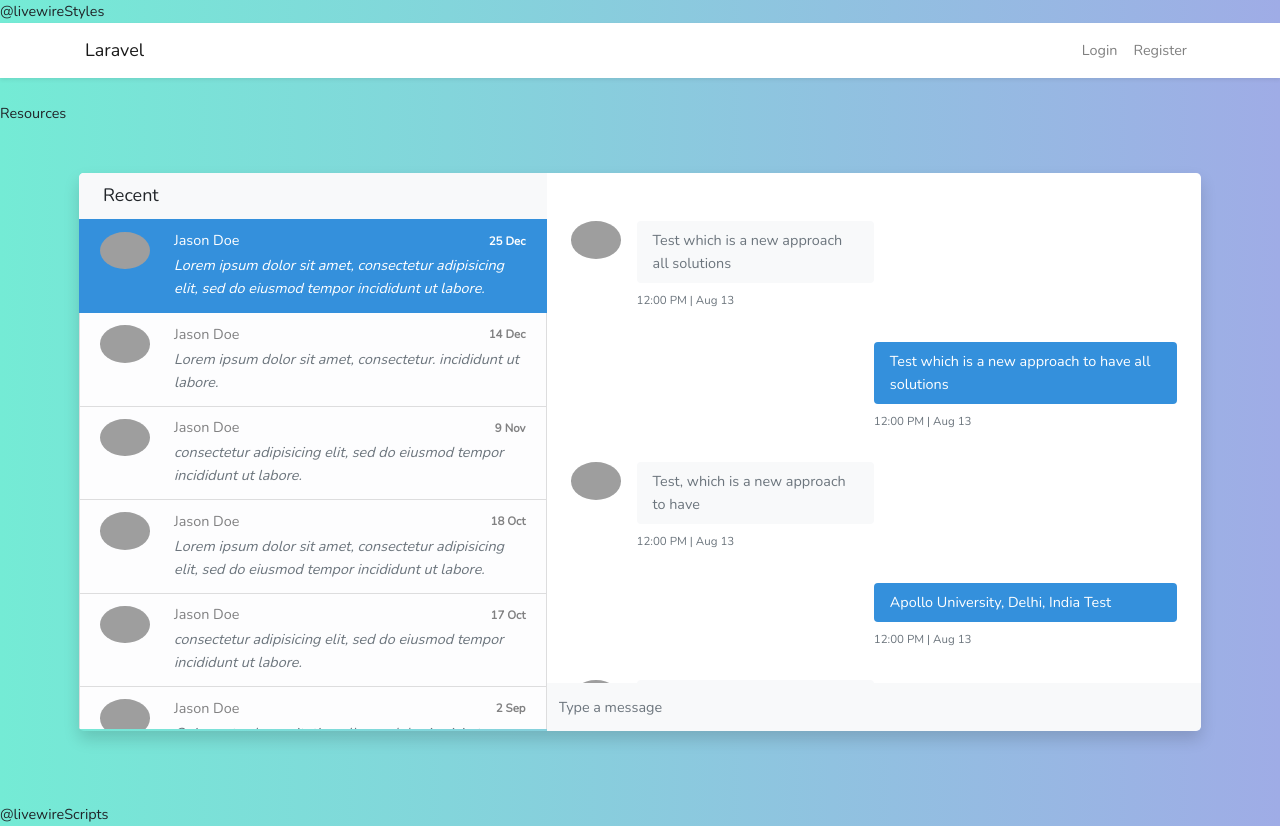
Repository: mohamedelbadawi/chatty
Page: http://localhost/conversation
The author's editor kept a copy of each file at every save. The page is drawn from the files as they stood at one save, then again after the next save.
The browser window is 1280 px wide. The pictures show the whole page.
Pictures or frames that could not be fetched are drawn as grey boxes. An inner scrolling area shows only its first screen. The page is served by the project's Laravel application, run on PHP 8.4 with Laravel 8.

Above is the page before, as saved 2021-10-03 12:01:41.

After the next save:
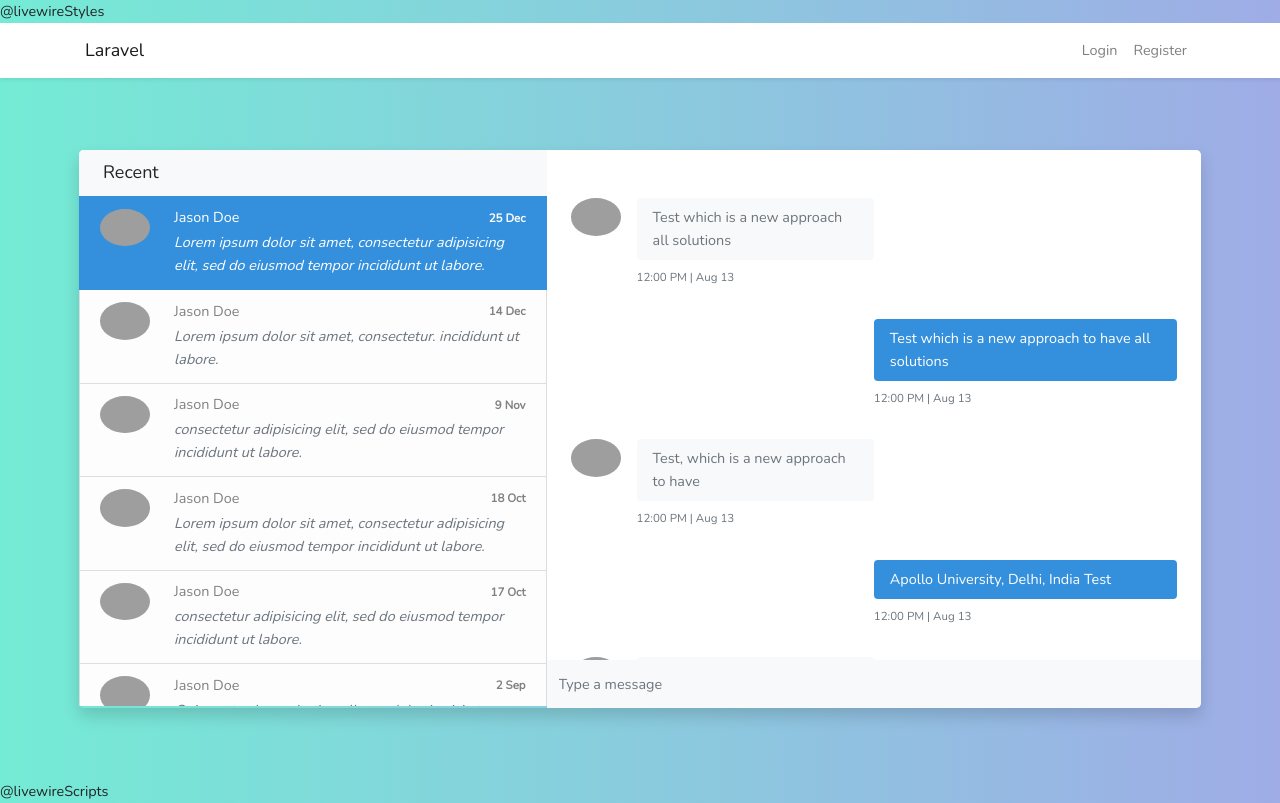
Saved 9 s later.
--- a/resources/views/conversation/index.blade.php
+++ b/resources/views/conversation/index.blade.php
@@ -1,7 +1,6 @@
 @extends('layouts.app')
 @section('content')
 
-    Resources
     <div class="container py-5 px-4">
 
 
